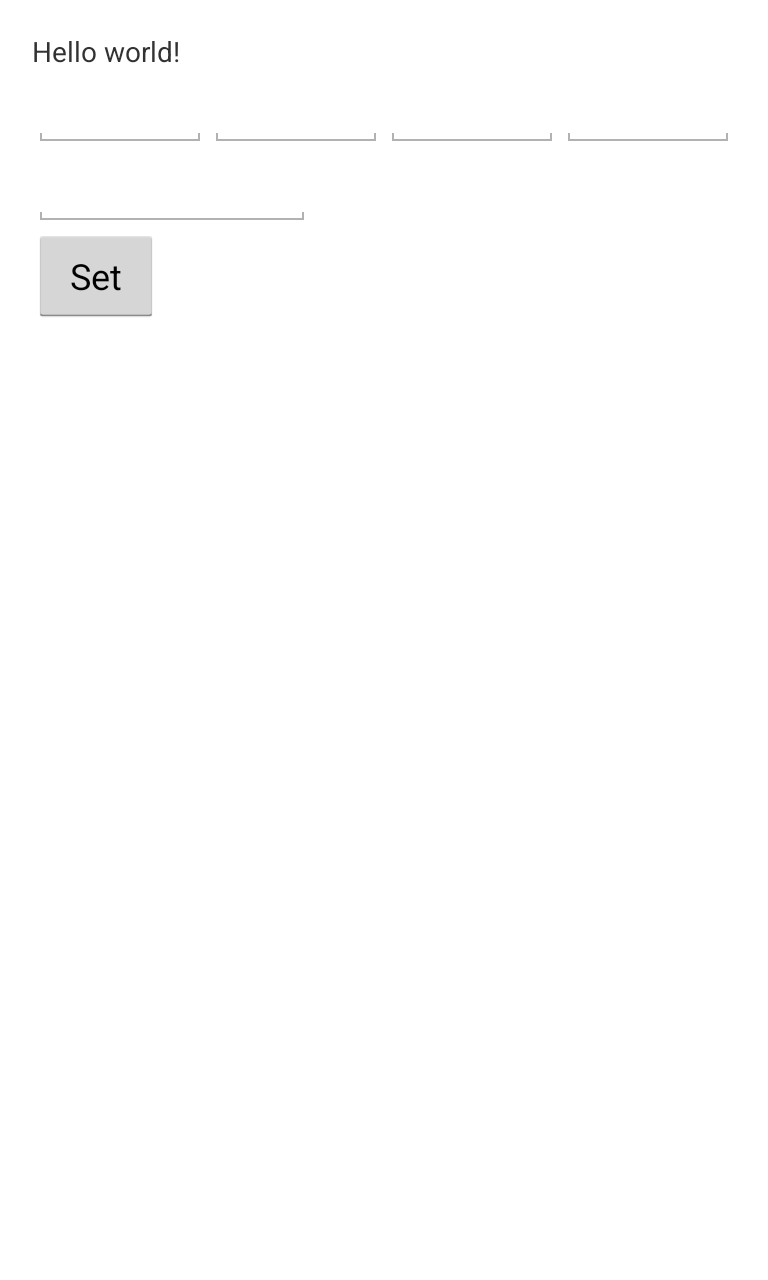
Repository: hfutcgncas/Android
Layout: ToyCarV3/res/layout/activity_toy_car.xml
An editor plug-in stored every save of this project. The layout is shown before and after the next save, followed by the edit.
It is drawn on a 768 x 1280 px phone screen (xhdpi) without system bars, with theme AppTheme; the app's code is not run.

Above is the layout before, as saved 2015-06-10 16:23:48.

### ToyCarV3/res/layout/activity_toy_car.xml
<RelativeLayout xmlns:android="http://schemas.android.com/apk/res/android"
    xmlns:tools="http://schemas.android.com/tools"
    android:layout_width="match_parent"
    android:layout_height="match_parent"
    android:paddingBottom="@dimen/activity_vertical_margin"
    android:paddingLeft="@dimen/activity_horizontal_margin"
    android:paddingRight="@dimen/activity_horizontal_margin"
    android:paddingTop="@dimen/activity_vertical_margin"
    tools:context=".ToyCarActivity" >



    <LinearLayout
        android:layout_width="wrap_content"
        android:layout_height="wrap_content"
        android:layout_alignParentBottom="true"
        android:layout_alignParentLeft="true"
        android:layout_alignParentRight="true"
        android:layout_alignParentTop="true"
        android:orientation="vertical" >

        <TextView
	        android:id="@+id/DispTxt"
	        android:layout_width="wrap_content"
	        android:layout_height="wrap_content"
	        android:text="@string/hello_world" />

        <LinearLayout
            android:layout_width="match_parent"
            android:layout_height="wrap_content" >

            <EditText
                android:id="@+id/editText_ip1"
                android:layout_width="73dp"
                android:layout_height="wrap_content"
                android:layout_weight="1"
                android:ems="10"
                android:inputType="number" />

            <EditText
                android:id="@+id/editText_ip2"
                android:layout_width="73dp"
                android:layout_height="wrap_content"
                android:layout_weight="1"
                android:ems="10"
                android:inputType="number" />

            <EditText
                android:id="@+id/editText_ip3"
                android:layout_width="73dp"
                android:layout_height="wrap_content"
                android:layout_weight="1"
                android:ems="10"
                android:inputType="number" />

            <EditText
                android:id="@+id/editText_ip4"
                android:layout_width="73dp"
                android:layout_height="wrap_content"
                android:layout_weight="1"
                android:ems="10"
                android:inputType="number" />

        </LinearLayout>
        <LinearLayout
            android:layout_width="match_parent"
            android:layout_height="wrap_content" >
	        <EditText
	            android:id="@+id/editText_port"
	            android:layout_width="140dp"
	            android:layout_height="wrap_content"
	            android:ems="10"
	            android:inputType="number" >
	        </EditText>
		</LinearLayout>

        <Button
            android:id="@+id/button_Set"
            android:layout_width="wrap_content"
            android:layout_height="wrap_content"
            android:text="Set" />

    </LinearLayout>

</RelativeLayout>

### ToyCarV3/res/values/strings.xml
<?xml version="1.0" encoding="utf-8"?>
<resources>

    <string name="app_name">ToyCarV3</string>
    <string name="action_settings">Settings</string>
    <string name="hello_world">Hello world!</string>

</resources>

Loaded but not shown: ToyCarV3/res/values/styles.xml (common file); ToyCarV3/res/values-v11/styles.xml (common file); ToyCarV3/res/values-v14/styles.xml (common file); ToyCarV3/res/values/dimens.xml (common file)

After the next save:
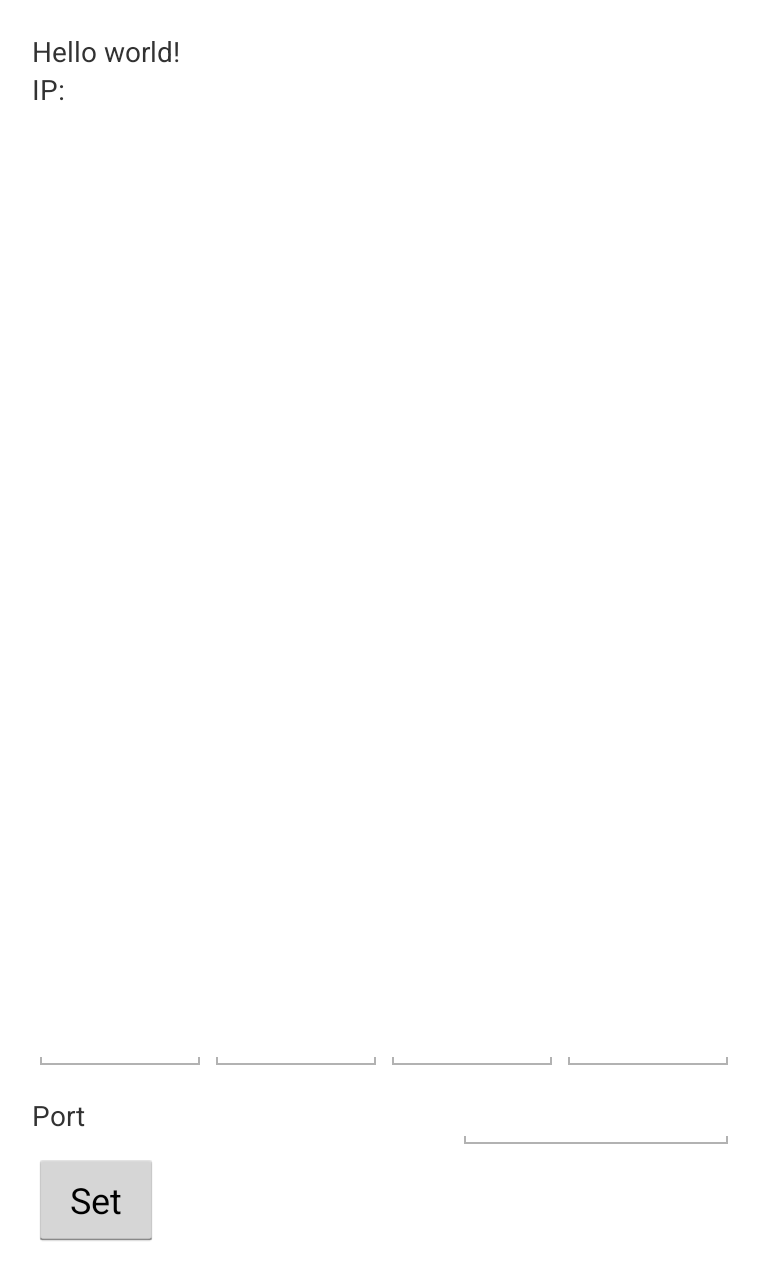
Saved 89 s later.
--- a/ToyCarV3/res/layout/activity_toy_car.xml
+++ b/ToyCarV3/res/layout/activity_toy_car.xml
@@ -25,6 +25,12 @@
 	        android:layout_height="wrap_content"
 	        android:text="@string/hello_world" />
 
+        <TextView
+                android:id="@+id/textView1"
+                android:layout_width="wrap_content"
+                android:layout_height="wrap_content"
+                android:layout_weight="0.54"
+                android:text="IP:" />
         <LinearLayout
             android:layout_width="match_parent"
             android:layout_height="wrap_content" >
@@ -62,17 +68,26 @@
                 android:inputType="number" />
 
         </LinearLayout>
+
         <LinearLayout
             android:layout_width="match_parent"
             android:layout_height="wrap_content" >
-	        <EditText
-	            android:id="@+id/editText_port"
-	            android:layout_width="140dp"
-	            android:layout_height="wrap_content"
-	            android:ems="10"
-	            android:inputType="number" >
-	        </EditText>
-		</LinearLayout>
+
+            <TextView
+                android:id="@+id/textView1"
+                android:layout_width="wrap_content"
+                android:layout_height="wrap_content"
+                android:layout_weight="0.54"
+                android:text="Port" />
+
+            <EditText
+                android:id="@+id/editText_port"
+                android:layout_width="140dp"
+                android:layout_height="wrap_content"
+                android:ems="10"
+                android:inputType="number" >
+            </EditText>
+        </LinearLayout>
 
         <Button
             android:id="@+id/button_Set"
